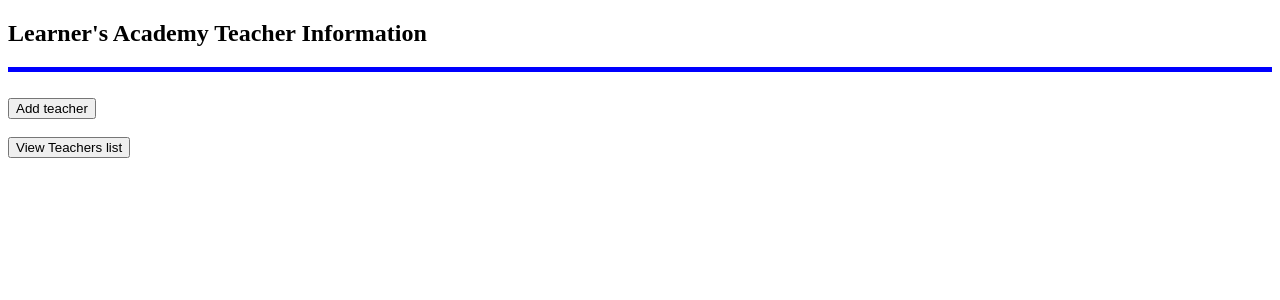
Repository: anithagnana123/Simplilearn_Phase2_project
Page: phase2-project/src/main/webapp/teacher.html
An editor plug-in stored every save of this project. The page is shown before and after the next save, followed by the edit.
The browser window is 1280 px wide. The pictures show the whole page.

Above is the page before, as saved 2022-10-20 06:56:50.

### phase2-project/src/main/webapp/teacher.html
<!DOCTYPE html>
<html>
<head>
<meta charset="ISO-8859-1">
<title>learners-academy-teacher-info</title>
</head>
<body>
<h2>Learner's Academy Teacher Information</h2>
<hr color="blue" size ="5"/>

<form method="get" action="/phase2-project/addteacher">
    <br> <input type='submit' value='Add teacher'/>
</form>

<form method="get" action="/phase2-project/addteacher">
    <br> <input type='submit' value='View Teachers list'/>
    <br> <input type='hidden' name='operation' value='viewteacher'/>
</form>

</body>
</html>

After the next save:
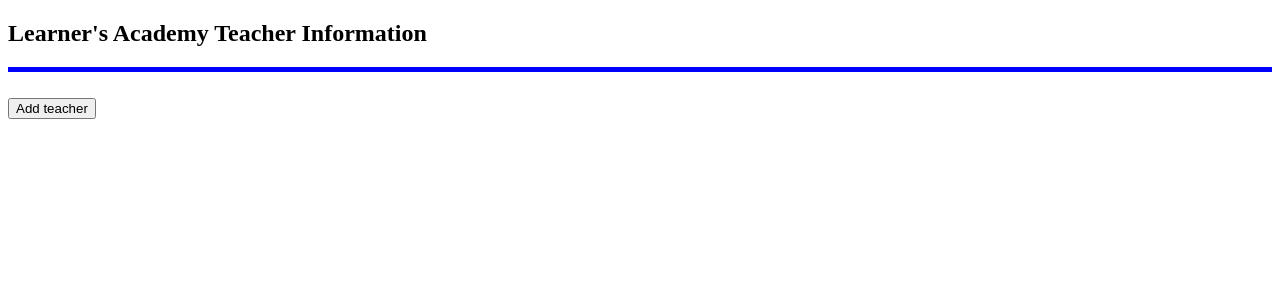
Saved 2 min 13 s later.
--- a/phase2-project/src/main/webapp/teacher.html
+++ b/phase2-project/src/main/webapp/teacher.html
@@ -12,10 +12,10 @@
     <br> <input type='submit' value='Add teacher'/>
 </form>
 
-<form method="get" action="/phase2-project/addteacher">
+<!-- <form method="get" action="/phase2-project/addteacher">
     <br> <input type='submit' value='View Teachers list'/>
     <br> <input type='hidden' name='operation' value='viewteacher'/>
-</form>
+</form> -->
 
 </body>
 </html>

After the save that followed:
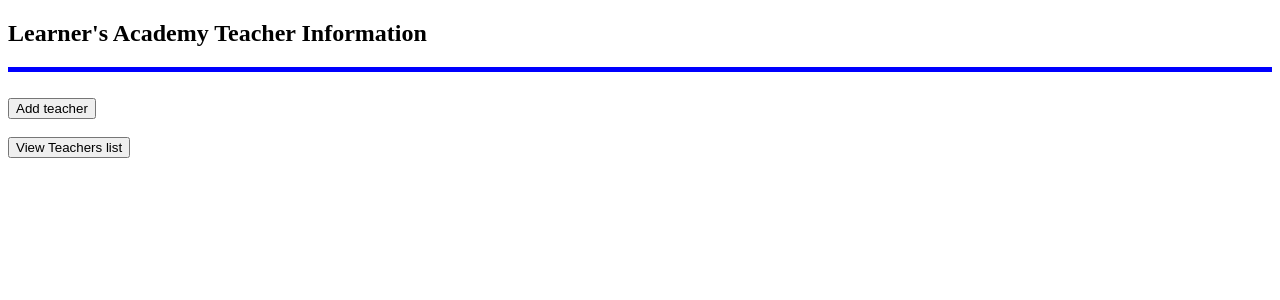
Saved 5 min 0 s later.
--- a/phase2-project/src/main/webapp/teacher.html
+++ b/phase2-project/src/main/webapp/teacher.html
@@ -12,10 +12,10 @@
     <br> <input type='submit' value='Add teacher'/>
 </form>
 
-<!-- <form method="get" action="/phase2-project/addteacher">
+<form method="get" action="/phase2-project/addteacher">
     <br> <input type='submit' value='View Teachers list'/>
     <br> <input type='hidden' name='operation' value='viewteacher'/>
-</form> -->
+</form>
 
 </body>
 </html>
